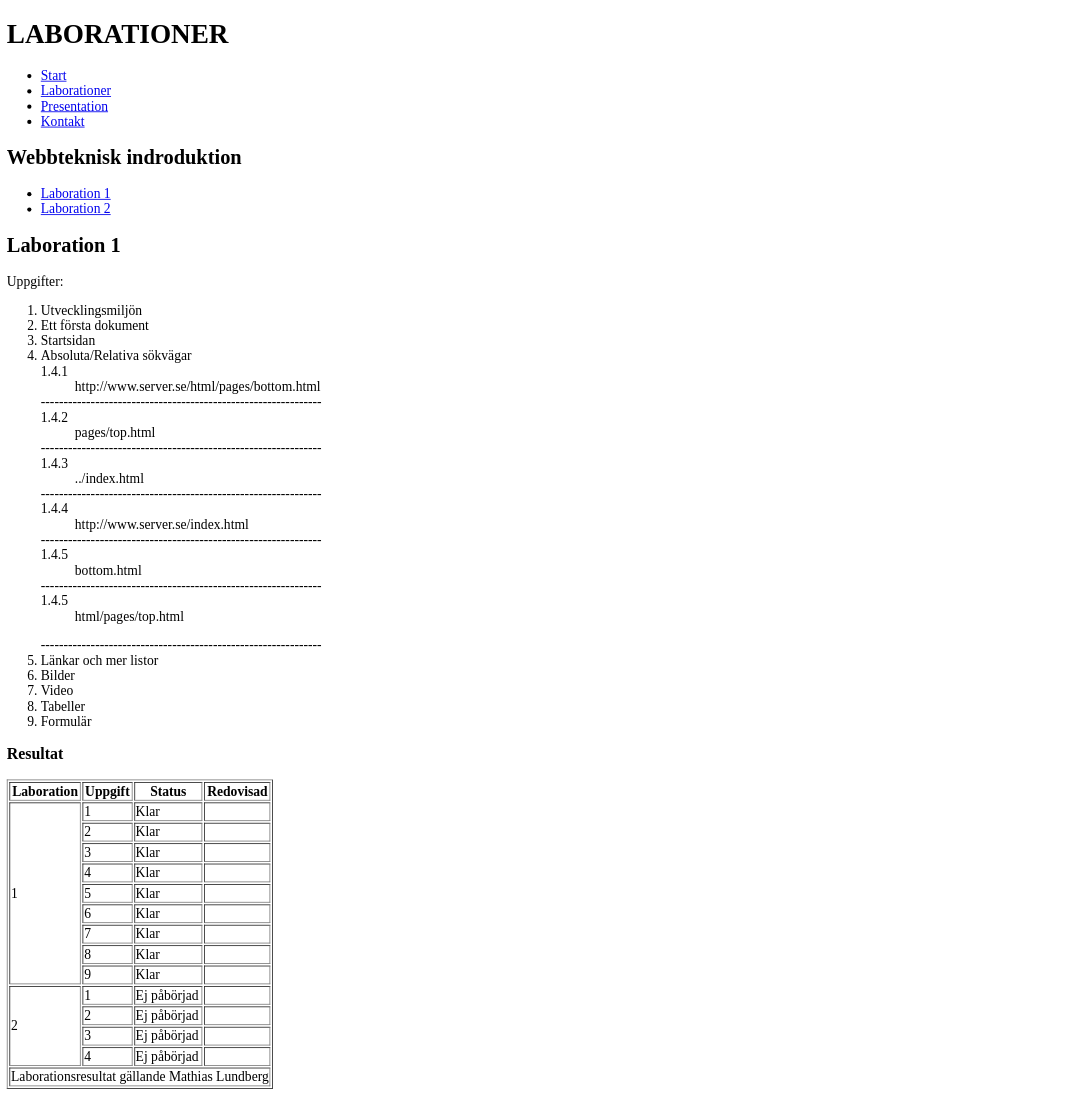
Repository: ml223nw/1ik415-laborationer
Page: pages/laborationer.html
The author's editor kept a record of every edit. The page is drawn from the files as they stood at one moment, then again after the next edit.
The browser window is 1280 px wide. The pictures show the whole page, at 85% of full size.

Above is the page before.

After the next edit:
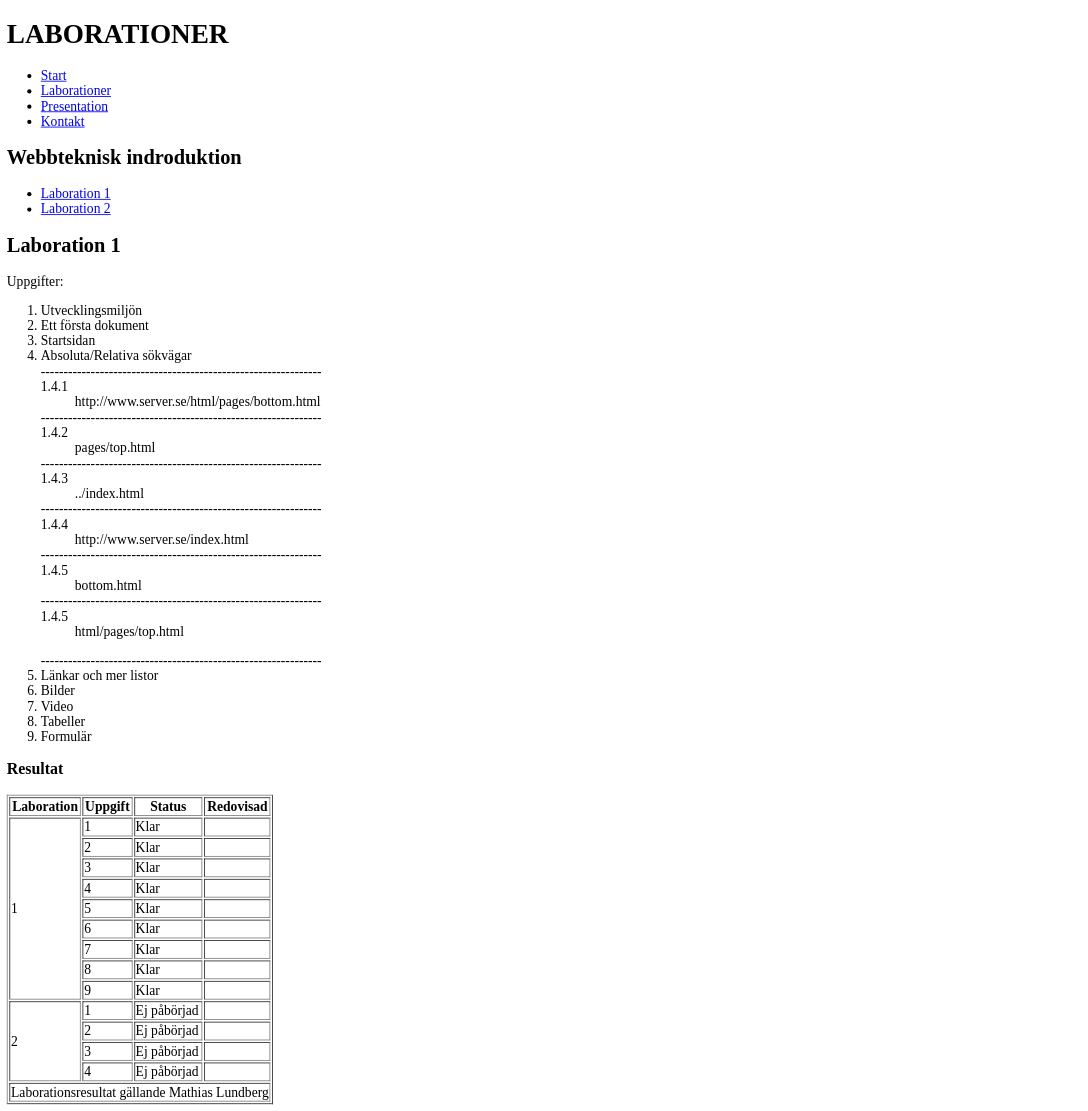
The edit:
--- a/pages/laborationer.html
+++ b/pages/laborationer.html
@@ -32,8 +32,9 @@
       <li>Utvecklingsmiljön</li>
       <li>Ett första dokument</li>
       <li>Startsidan</li>
+
       <li>Absoluta/Relativa sökvägar</li>
-
+        --------------------------------------------------------------
         <dt>1.4.1</dt>
         <dd>http://www.server.se/html/pages/bottom.html</dd>
         --------------------------------------------------------------
